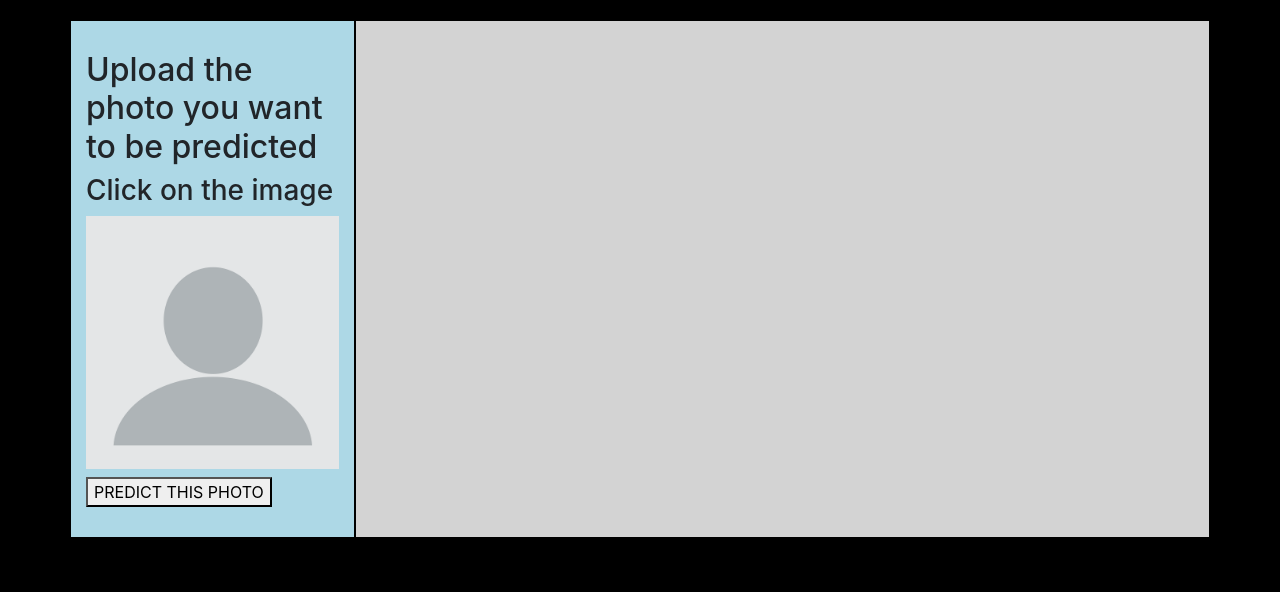
Repository: Jermaniac/TrabajoFinGradoGerman
Page: / (app in webprojectREACT/webexpresssionproject/)
The author's editor kept a copy of each file at every save. The page is drawn from the files as they stood at one save, then again after a run of saves.
The browser window is 1280 px wide. The pictures show the whole page.
The project was rebuilt for these pictures with package versions that can differ from the ones it lists, and the page was loaded fresh each time. Also part of the build but not shown: webprojectREACT/webexpresssionproject/src/styles/InfoComponent.css, webprojectREACT/webexpresssionproject/src/components/InfoComponent.jsx.

Above is the page before, as saved 2021-05-03 16:28:10.

### webprojectREACT/webexpresssionproject/public/index.html
<!DOCTYPE html>
<html lang="en">
  <head>
    <meta charset="utf-8" />
    <link rel="icon" href="%PUBLIC_URL%/favicon.ico" />
    <meta name="viewport" content="width=device-width, initial-scale=1" />
    <meta name="theme-color" content="#000000" />
    <meta
      name="description"
      content="Web site created using create-react-app"
    />
    <title>Expression App</title>
  </head>
  <body>
    <div id="root"></div>
  </body>
</html>

### webprojectREACT/webexpresssionproject/src/index.js
import React from 'react';
import ReactDOM from 'react-dom';
import App from './components/App';
import './index.css'
// Bootstrap support for React
import 'bootstrap/dist/css/bootstrap.min.css'

import { configureStore } from './redux/configureStore'
import { Provider } from 'react-redux';

const store= configureStore();

const Root = (
  <Provider store={store}>
    <App />
  </Provider>
);

const rootElement = document.getElementById('root');

ReactDOM.render(
  Root,
  rootElement
);

### webprojectREACT/webexpresssionproject/src/components/App.jsx
import React from 'react'

import InfoExpressions from './InfoComponent'

import '../styles/App.css'
import { changeExpressions } from '../redux/actionCreators';

import { connect } from 'react-redux'
import FormComponent from './FormComponent';

const mapStateToProps = state => {
  return {
    expressions: state.expressions
  }
};

const mapDispatchToProps = dispatch => ({
  changeExpressions: (expressions) => dispatch(changeExpressions(expressions))
});

class App extends React.Component {

  render () {

    return (
        <div className="container">
          <div className="row">
            <div className="col-12 col-md-4 col-lg-3" id="form">
              <FormComponent changeExpressions={this.props.changeExpressions}></FormComponent>
            </div>
            <div className="col-12 col-md-8 col-lg-9" id="info">
              <InfoExpressions  expressions={this.props.expressions} ></InfoExpressions>
            </div>
          </div>
        </div>
    );
  }
}

export default ( connect ( mapStateToProps, mapDispatchToProps )( App ))

### webprojectREACT/webexpresssionproject/src/redux/configureStore.js

import { createStore } from 'redux';
import { expressions } from './expressions'

export const configureStore = () => {

    const store = createStore(
        expressions,
        // activate redux dev tools in browser
        window.__REDUX_DEVTOOLS_EXTENSION__ && window.__REDUX_DEVTOOLS_EXTENSION__()

    );

    return store;
}

### webprojectREACT/webexpresssionproject/src/styles/App.css

.container {
    padding: 20px;
}

#form {
    background-color: lightblue;
    padding:30px;
    border: 1px solid black;
}
#imageEmoji {
    padding: 5px;
}

#info {
    background-color: lightgrey;
    display: grid;
    border: 1px solid black;
}
#form > .row {
    justify-content: center;
}

#form > .row > h2,h3{
    font-weight: 900;
    font-size: x-large;
}
#form > .row > h2{
    font-style: initial;
}
#form >.row > h3{
    font-style: italic;
}

img {
    width: 100%;
}

### webprojectREACT/webexpresssionproject/src/redux/actionCreators.js
import * as ActionTypes from './actionTypes'

export const changeExpressions = (expressions) => ({
    type: ActionTypes.CHANGE_EXPRESSIONS,
    payload: {
        expressions: expressions
    }
})

### webprojectREACT/webexpresssionproject/src/components/FormComponent.jsx
import { useState } from 'react';
import ImageUploadService from '../services/image-upload.service';

const defautlImageUrl = "assets/images/blankPhoto.png";

function FormComponent ( {changeExpressions} ){

    const [ getPhotoFile, setPhotoFile ] = useState();
    const [ getPhotoUrl, setPhotoUrl ] = useState(defautlImageUrl);

    const selectPhoto = (event) => {
        setPhotoFile(event.target.files[0]);
        setPhotoUrl(URL.createObjectURL(event.target.files[0]));
      }

    const requestPredict = () => {
        ImageUploadService.getMood(getPhotoFile)
        .then ( (response) => {
          if (response){
            console.log("Call API success!");
            changeExpressions(response.expressions);
          }
          else {
            console.log("Call API failed.")
          }
        });
      }
    return (
      <div>
        <div className="row">
          <h2>Upload the photo you want to be predicted</h2>
        </div>
        <div className="row">
          <h3>Click on the image</h3>
        </div>
        <div className="row">
          <label htmlFor="photo">
            <input
              type="file"
              name="photo"
              id="photo"
              accept="image/*"
              style={{ display: "none" }}
              onChange={selectPhoto}
            ></input>
            <img src={getPhotoUrl} alt="blankPic"></img>
          </label>
        </div>
        <div className="row">
          <button id="buttonSubmit" onClick={requestPredict}>
            PREDICT THIS PHOTO
          </button>
        </div>
      </div>
    );
}

export default FormComponent;

### webprojectREACT/webexpresssionproject/src/redux/expressions.js
import { EXPRESSIONS } from '../shared/expressions';
import * as ActionTypes from './actionTypes'

export const expressions = ( state = EXPRESSIONS, action ) => {
    switch (action.type) {
        case ActionTypes.CHANGE_EXPRESSIONS:
            let expressions = action.payload;
            return expressions;
        default:
            return state;
    }
};

### webprojectREACT/webexpresssionproject/src/redux/actionTypes.js
export const CHANGE_EXPRESSIONS = 'CHANGE_EXPRESSIONS'

### webprojectREACT/webexpresssionproject/src/services/image-upload.service.js

const keyFile = "photo";
const urlApi =  "http://ec2-3-227-219-101.compute-1.amazonaws.com:9004/getMood";

class ImageUploadService {

    getMood(file) {

        const formData = new FormData()
        formData.append(keyFile,file);
        return fetch(
            urlApi, {
            method : 'POST',
            body : formData
            })
        .then((response) => response.json())
        .then((data) => {
            return data;
        })
        .catch((error) => console.error(error));

    }
}

export default new ImageUploadService();

### webprojectREACT/webexpresssionproject/src/shared/expressions.js
export const EXPRESSIONS =
    [
        {
            mood: "angry",
            probability: 0.0
        },
        {
            mood: "disgust",
            probability: 0.0
        },
        {
            mood: "fear",
            probability: 0.0
        },
        {
            mood: "happy",
            probability: 0.0
        },
        {
            mood: "sad",
            probability: 0.0
        },
        {
            mood: "surprise",
            probability: 0.0
        },
        {
            mood: "neutral",
            probability: 0.0
        }
];

Loaded but not shown: webprojectREACT/webexpresssionproject/src/index.css (common file)

After the next 3 saves:
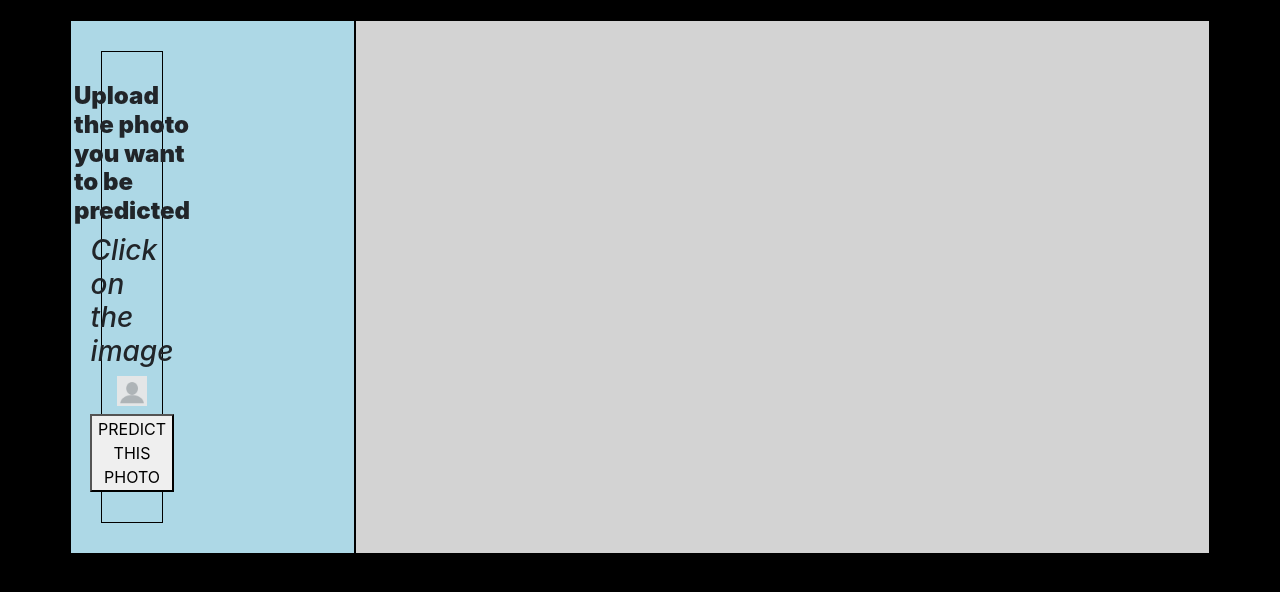
The 3 saves are shown as one change because they came seconds apart.
The last was saved 82 s later.
--- a/webprojectREACT/webexpresssionproject/src/components/FormComponent.jsx
+++ b/webprojectREACT/webexpresssionproject/src/components/FormComponent.jsx
@@ -3,56 +3,54 @@ import ImageUploadService from '../services/image-upload.service';
 
 const defautlImageUrl = "assets/images/blankPhoto.png";
 
-function FormComponent ( {changeExpressions} ){
+function FormComponent({ changeExpressions }) {
 
-    const [ getPhotoFile, setPhotoFile ] = useState();
-    const [ getPhotoUrl, setPhotoUrl ] = useState(defautlImageUrl);
+  const [getPhotoFile, setPhotoFile] = useState();
+  const [getPhotoUrl, setPhotoUrl] = useState(defautlImageUrl);
 
-    const selectPhoto = (event) => {
-        setPhotoFile(event.target.files[0]);
-        setPhotoUrl(URL.createObjectURL(event.target.files[0]));
+  const selectPhoto = (event) => {
+    setPhotoFile(event.target.files[0]);
+    setPhotoUrl(URL.createObjectURL(event.target.files[0]));
+  };
+
+  const requestPredict = () => {
+    ImageUploadService.getMood(getPhotoFile).then((response) => {
+      if (response) {
+        console.log("Call API success!");
+        changeExpressions(response.expressions);
+      } else {
+        console.log("Call API failed.");
       }
-
-    const requestPredict = () => {
-        ImageUploadService.getMood(getPhotoFile)
-        .then ( (response) => {
-          if (response){
-            console.log("Call API success!");
-            changeExpressions(response.expressions);
-          }
-          else {
-            console.log("Call API failed.")
-          }
-        });
-      }
-    return (
-      <div>
-        <div className="row">
-          <h2>Upload the photo you want to be predicted</h2>
-        </div>
-        <div className="row">
-          <h3>Click on the image</h3>
-        </div>
-        <div className="row">
-          <label htmlFor="photo">
-            <input
-              type="file"
-              name="photo"
-              id="photo"
-              accept="image/*"
-              style={{ display: "none" }}
-              onChange={selectPhoto}
-            ></input>
-            <img src={getPhotoUrl} alt="blankPic"></img>
-          </label>
-        </div>
-        <div className="row">
-          <button id="buttonSubmit" onClick={requestPredict}>
-            PREDICT THIS PHOTO
-          </button>
-        </div>
+    });
+  };
+  return (
+    <div className="col-12 col-md-4 col-lg-3" id="form">
+      <div className="row">
+        <h2>Upload the photo you want to be predicted</h2>
       </div>
-    );
+      <div className="row">
+        <h3>Click on the image</h3>
+      </div>
+      <div className="row">
+        <label htmlFor="photo">
+          <input
+            type="file"
+            name="photo"
+            id="photo"
+            accept="image/*"
+            style={{ display: "none" }}
+            onChange={selectPhoto}
+          ></input>
+          <img src={getPhotoUrl} alt="blankPic"></img>
+        </label>
+      </div>
+      <div className="row">
+        <button id="buttonSubmit" onClick={requestPredict}>
+          PREDICT THIS PHOTO
+        </button>
+      </div>
+    </div>
+  );
 }
 
 export default FormComponent;
